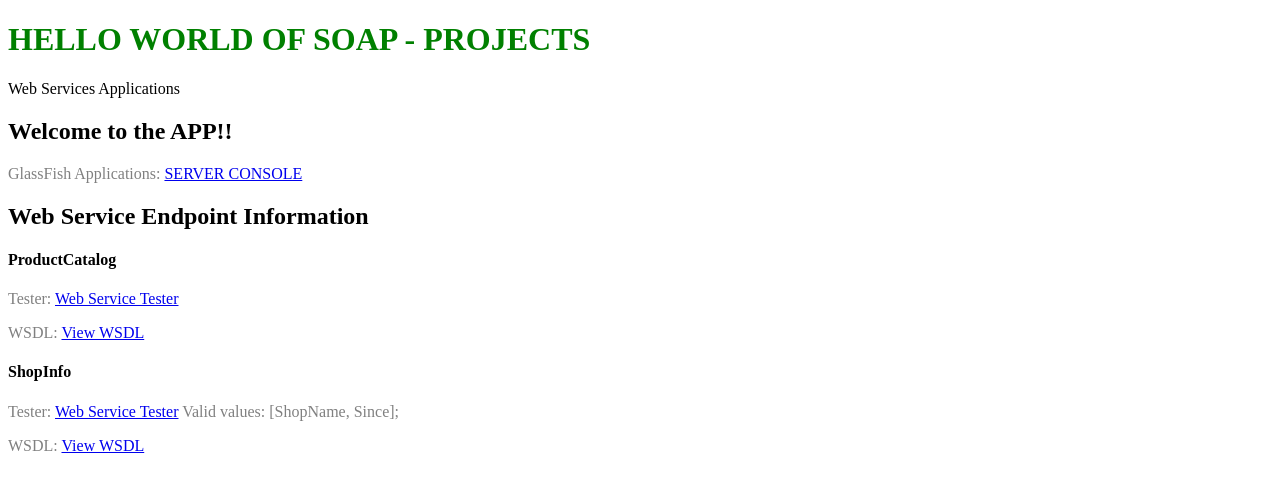
Repository: atafs/BackEnd_JAX-JAX-WS_SOAP
Page: http://localhost/Project_004_SOAP_server_TypesAndBinding/
These files come from the project's save history. The page is drawn as it stood at one moment and after the next save; the edit follows.
The browser window is 1280 px wide. The pictures show the whole page.
The page is served by Tomcat 9. Other server files are loaded and not shown.

Above is the page before, as saved 2016-01-26 16:34:07.

### Project_004_SOAP_server_TypesAndBinding/WebContent/index.jsp
<%@ page language="java" contentType="text/html; charset=ISO-8859-1"
    pageEncoding="ISO-8859-1"%>
<!DOCTYPE html PUBLIC "-//W3C//DTD HTML 4.01 Transitional//EN" "http://www.w3.org/TR/html4/loose.dtd">
<html>

<!-- HEADER -->
<head>
<meta http-equiv="Content-Type" content="text/html; charset=ISO-8859-1">
<title>WEB SERVICES</title>
</head>

<!-- BODY -->
<body>
	<h1 style="color:green;">HELLO WORLD OF SOAP - PROJECTS</h1>
	<p>Web Services Applications</p>

	<!-- LINKS -->
	<h2>Welcome to the APP!! </h2>
	<p style="color:gray;">GlassFish Applications: <a href="http://localhost:4848/common/index.jsf">SERVER CONSOLE</a></p>

	<h2>Web Service Endpoint Information</h2>
	<h4>ProductCatalog</h4>
	<p style="color:gray;">Tester: <a href="http://atafs:9090/Project_003_SOAP_server_ServiceAndContractFirst/ProductCatalogService?Tester">Web Service Tester</a></p>
	<p style="color:gray;">WSDL: <a href="http://atafs:9090/Project_003_SOAP_server_ServiceAndContractFirst/ProductCatalogService?wsdl">View WSDL</a></p>

	<h4>ShopInfo</h4>
	<p style="color:gray;">Tester: <a href="http://atafs:9090/Project_004_SOAP_server_TypesAndBinding/ShopInfoService?Tester">Web Service Tester</a>
		Valid values: [ShopName, Since];
	</p>
	<p style="color:gray;">WSDL: <a href="http://atafs:9090/Project_004_SOAP_server_TypesAndBinding/ShopInfoService?wsdl">View WSDL</a></p>


</body>
</html>

After the next save:
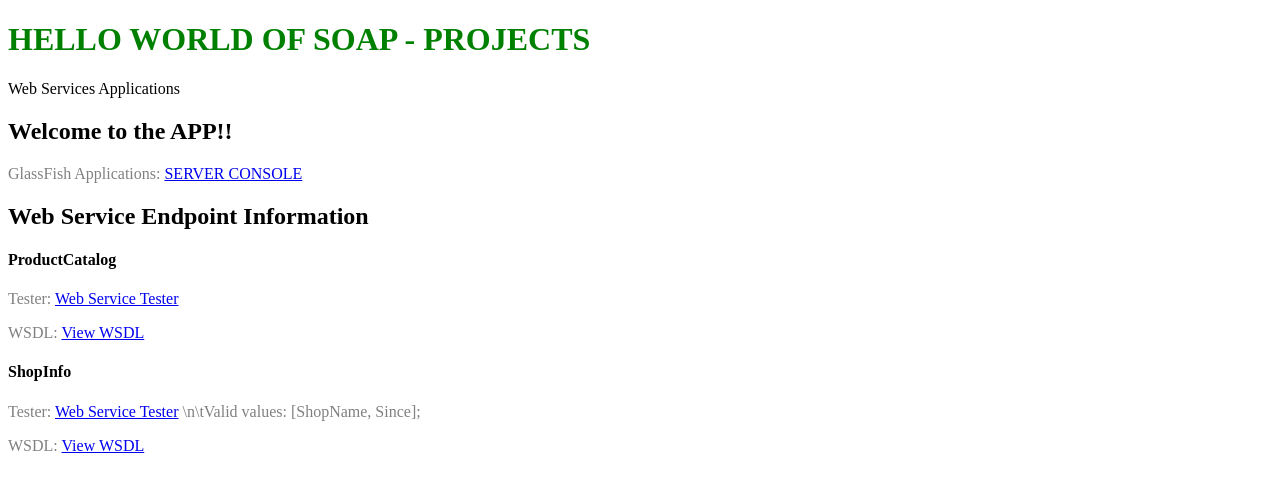
Saved 38 s later.
--- a/Project_004_SOAP_server_TypesAndBinding/WebContent/index.jsp
+++ b/Project_004_SOAP_server_TypesAndBinding/WebContent/index.jsp
@@ -25,7 +25,7 @@
 
 	<h4>ShopInfo</h4>
 	<p style="color:gray;">Tester: <a href="http://atafs:9090/Project_004_SOAP_server_TypesAndBinding/ShopInfoService?Tester">Web Service Tester</a>
-		Valid values: [ShopName, Since];
+		\n\tValid values: [ShopName, Since];
 	</p>
 	<p style="color:gray;">WSDL: <a href="http://atafs:9090/Project_004_SOAP_server_TypesAndBinding/ShopInfoService?wsdl">View WSDL</a></p>
 

After the save that followed:
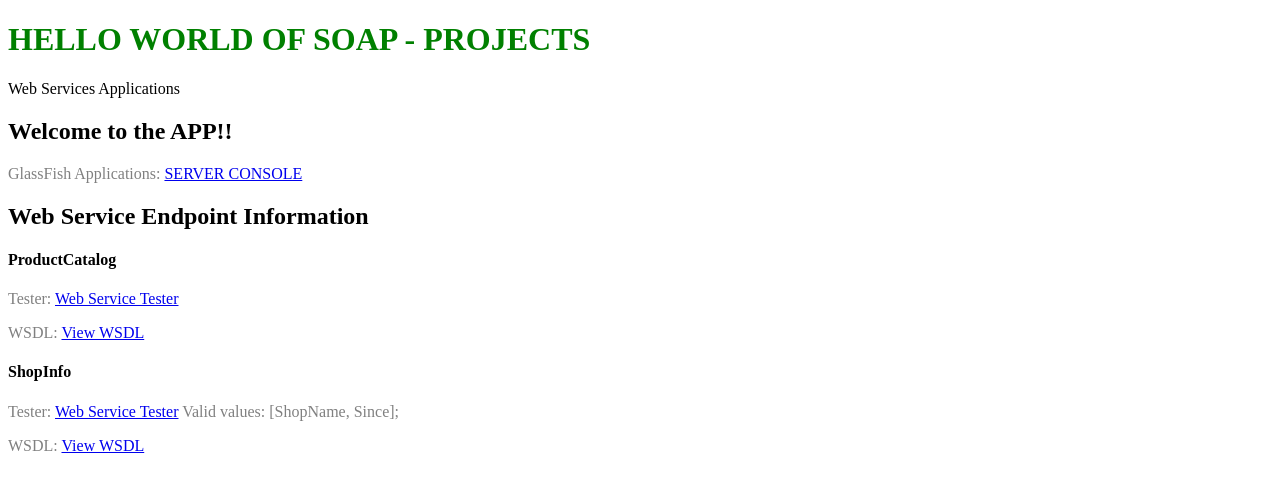
Saved 14 s later.
--- a/Project_004_SOAP_server_TypesAndBinding/WebContent/index.jsp
+++ b/Project_004_SOAP_server_TypesAndBinding/WebContent/index.jsp
@@ -25,7 +25,7 @@
 
 	<h4>ShopInfo</h4>
 	<p style="color:gray;">Tester: <a href="http://atafs:9090/Project_004_SOAP_server_TypesAndBinding/ShopInfoService?Tester">Web Service Tester</a>
-		\n\tValid values: [ShopName, Since];
+		Valid values: [ShopName, Since];
 	</p>
 	<p style="color:gray;">WSDL: <a href="http://atafs:9090/Project_004_SOAP_server_TypesAndBinding/ShopInfoService?wsdl">View WSDL</a></p>
 
